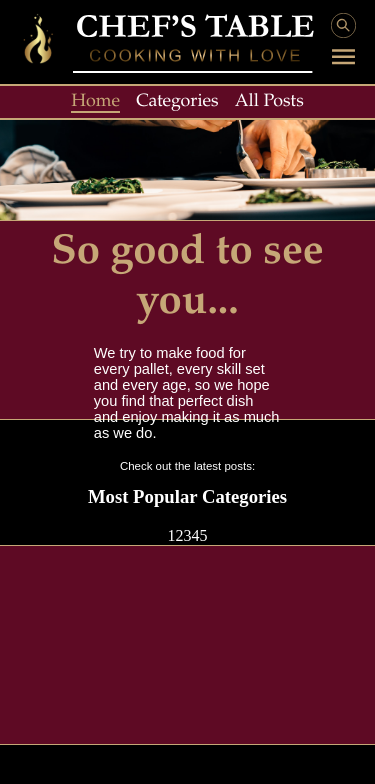
Repository: Noroff-FEU-Assignments/project-exam-1-runeunhjem
Page: index.html
The author's editor kept a copy of each file at every save. The page is drawn from the files as they stood at one save, then again after the next save.
The browser window is 375 px wide. The pictures show the whole page.
The page's requests for data from a server got no answer.

Above is the page before, as saved 2023-05-01 14:16:28.

After the next save:
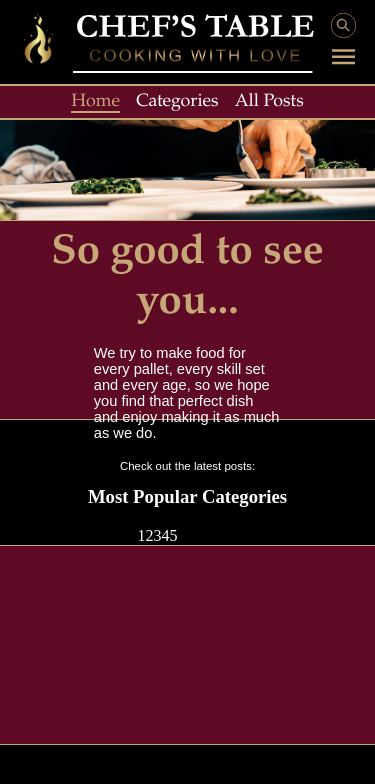
Saved 3 s later.
--- a/css/styles.css
+++ b/css/styles.css
@@ -279,6 +279,7 @@ main {
 
 .categories-container {
   display: flex;
+  width: 100px;
 }
 
 footer {
@@ -313,4 +314,4 @@ footer {
     background-image: url(../images/hero-image.png);
     height: 100px;
   }
-}/*# sourceMappingURL=styles_20230501141619.css.map */
+}/*# sourceMappingURL=styles_20230501141631.css.map */
